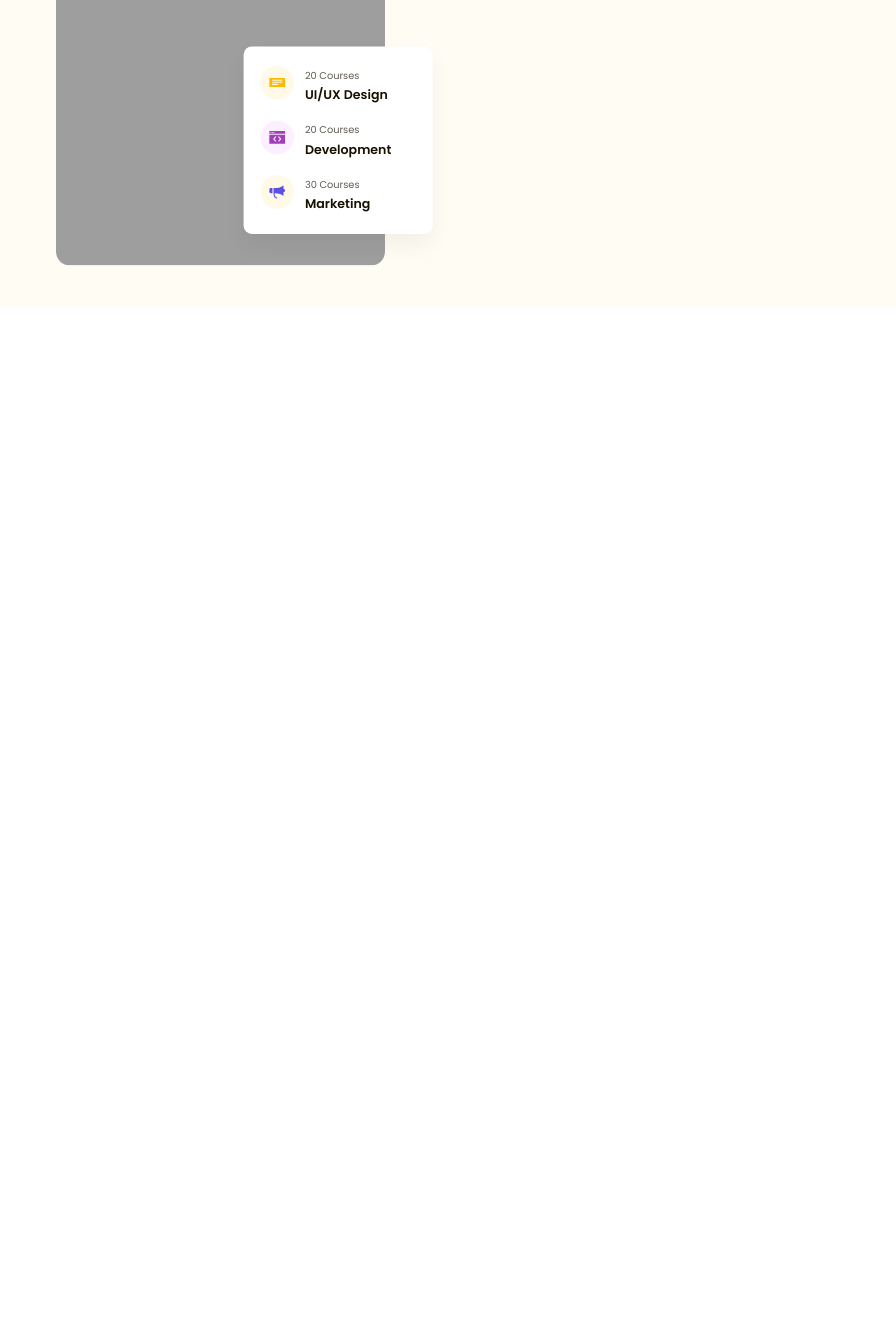
Repository: dovanlanh/f8-project-02
Page: index.html
An editor plug-in stored every save of this project. The page is shown before and after the next save, followed by the edit.
The browser window is 1280 px wide. The pictures show the part of the page from y = 456 to 2356 px (the page is 10000 px tall), at 70% of full size.
Pictures or frames that could not be fetched are drawn as grey boxes.

Above is the page before, as saved 2023-02-05 10:54:53.

### index.html
<!DOCTYPE html>
<html lang="en">
<head>
    <meta charset="UTF-8">
    <meta http-equiv="X-UA-Compatible" content="IE=edge">
    <meta name="viewport" content="width=device-width, initial-scale=1.0">
    <title>F8 Project 02</title>
    <!-- reset css -->
    <link rel="stylesheet" href="./assets/css/reset.css">
    <!-- embed fonts -->
    <link rel="preconnect" href="https://fonts.googleapis.com">
    <link rel="preconnect" href="https://fonts.gstatic.com" crossorigin>
    <link href="https://fonts.googleapis.com/css2?family=Poppins:ital,wght@0,400;0,500;0,600;0,700;1,400&family=Sen:wght@700&display=swap" rel="stylesheet">
    <!-- style -->
    <link rel="stylesheet" href="./assets/css/styles.css">
</head>
<body>
    <main style=" height: 10000px">
        <!-- header  -->
        <header class="header fixed">
            <div class="main-content">
                    <div class="body">
                        <!-- logo -->
                        <img src="./assets/img/Lesson.svg" alt="Lesson" class="Logo">
                        <!-- nav -->
                        <nav class="nav">
                            <ul>
                                <li class="active">
                                    <a href="#!">Home</a>
                                </li>
                                <li>
                                    <a href="#!">Courses</a>
                                </li>
                                <li>
                                    <a href="#!">Pricing</a>
                                </li>
                                <li>
                                    <a href="#!">Reviews</a>
                                </li>
                            </ul>
                        </nav>
                        <!-- active -->
                        <div class="action">
                            <a href="#!" class="btn sign-up-btn">Sign Up</a>
                        </div>
                    </div>
            </div>
        </header>
        <!-- Hero -->
        <div class="hero">
            <div class="main-content">
                <div class="body">
                    <!-- Hero left -->
                    <div class="media-block">
                        <img src="./assets/img/guy-lesson.svg" alt="" class="img">
                        <div class="hero-summary">
                            <div class="item">
                                <div class="icon">
                                    <img src="./assets/img/list-icon1.svg" alt="">
                                </div>
                                <div class="info">
                                    <p class="label">20 Courses</p>
                                    <p class="tittle">UI/UX Design</p>
                                </div>
                            </div>
                            <div class="item">
                                <div class="icon">
                                    <img src="./assets/img/list-icon2.svg" alt="">
                                </div>
                                <div class="info">
                                    <p class="label">20 Courses</p>
                                    <p class="tittle">Development</p>
                                </div>
                            </div>
                            <div class="item">
                                <div class="icon">
                                    <img src="./assets/img/list-icon3.svg" alt="">
                                </div>
                                <div class="info">
                                    <p class="label">30 Courses</p>
                                    <p class="tittle">Marketing</p>
                                </div>
                            </div>
                        </div>
                    </div>
                    <!-- hero-right -->
                    <div class="content-block">
                        <h1 class="heading-1v1">Learn without limits and spread knowledge.</h1>
                        <p class="desc">
                            Build new skills for that “this is my year” feeling with courses, certificates, and degrees from world-class universities and companies.
                        </p>
                            <div class="cta-group">
                                <a href="#!" class="btn hero-cta">See Courses</a>
                                <button class="watch-video">
                                    <div class="icon">
                                        <img src="./assets/img/icon-watch-video.svg" alt="">
                                    </div>
                                    <span>Watch Video</span>
                                </button>
                            </div>
                        <p class="desc">Recent engagement</p>
                        <div class="desc stats">
                            <strong>50K</strong>Students
                            <strong>70+</strong>Courses
                        </div>
                    </div>
                </div>
            </div>
        </div>

    </main>
</body>
</html>

### assets/css/styles.css
* {
    box-sizing: border-box;
}

html,
body {
    scroll-behavior: smooth;
    font-size: 62.5%;
}

html {
    font-size: 62.5%;
}

body {
    font-size: 1.6rem;
    font-family: 'Poppins', sans-serif;
}

/* common */
a {
    text-decoration: none;
}
.main-content {
    width: 1170px;
    max-width: calc(100% - 48px);
    margin-left: auto;
    margin-right: auto;
}
.btn {
    min-width: 118px;
    display: inline-block;
    padding: 0 16px;
    align-items: center;
    line-height: 50px;
    font-weight: 600;
    font-size: 1.6rem;
    text-align: center;
    color: #FFFFFF;
    background: #171100;
    border-radius: 24.5px;
}
/* header */
.header {
    background:#FFFCF4;
}
.header.fixed {
    position: sticky;
    top: -32px;
}
.header .body {
    display: flex;
    align-items: center;
    padding: 36px 0 8px;
}
.nav ul {
    display: flex;
}

.nav {
    margin-left: auto;
}
.nav a {
    position: relative;
    padding: 8px 21px;
    font-weight: 400;
    font-size: 1.6rem;
    color: #5F5B53;
}
.nav a:hover,
.nav li.active a {
    text-shadow: 1px 0 0 currentColor;
    color: #171100;
}
.nav li.active a::after {
    left: 21px;
    bottom: 6px;
    display: block;
    content: "";
    position: absolute;
    width: 12px;
    height: 2px;
    background: #171100;
    border-radius: 1px;
}
.header .sign-up-btn {
    min-width: 144px;
}
.header .action {
    margin-left: 49px;
}

/* hero */
.hero {
    padding: 56px;
    background:#FFFCF4;
}
.hero .body {
    display: flex;
}
.hero .media-block {
    width: 48%;
    position: relative;
}
.hero .content-block {
    width: 52%;
}
.hero .media-block .img {
    width: 470px;
    height: 685px;
    object-fit: cover;
    border-radius: 20px;
}
.hero .media-block .hero-summary {
    position: absolute;
    right: 0;
    bottom: 48px;
}
.hero .hero-summary {
    width: 270px;
    padding: 28px 24px;
    background: #FFFFFF;
    box-shadow: 0px 16px 32px rgba(0, 0, 0, 0.05);
    border-radius: 12px;
}
.hero-summary .item {
    display: flex;
}
.hero-summary .icon {
    width: 48px;
    height: 48px;
    border-radius: 50%;
    display: flex;
    align-items: center;
    justify-content: center;
    background: #FFF9E8;
}
.hero-summary .info {
    margin-left: 16px;
}
.hero-summary .label {
    font-weight: 400;
    font-size: 1.4rem;
    line-height: 1.86;
    color: #5F5B53;
}
.hero-summary .tittle {
    font-weight: 600;
    font-size: 1.8rem;
    line-height: 1.67;
    color: #171100;
}
.hero-summary .item + .item {
    margin-top: 22px;
}
.hero-summary .item:nth-of-type(2) .icon {
    background: #FCEFFF;
}

Loaded but not shown: assets/css/reset.css (common file)

After the next save:
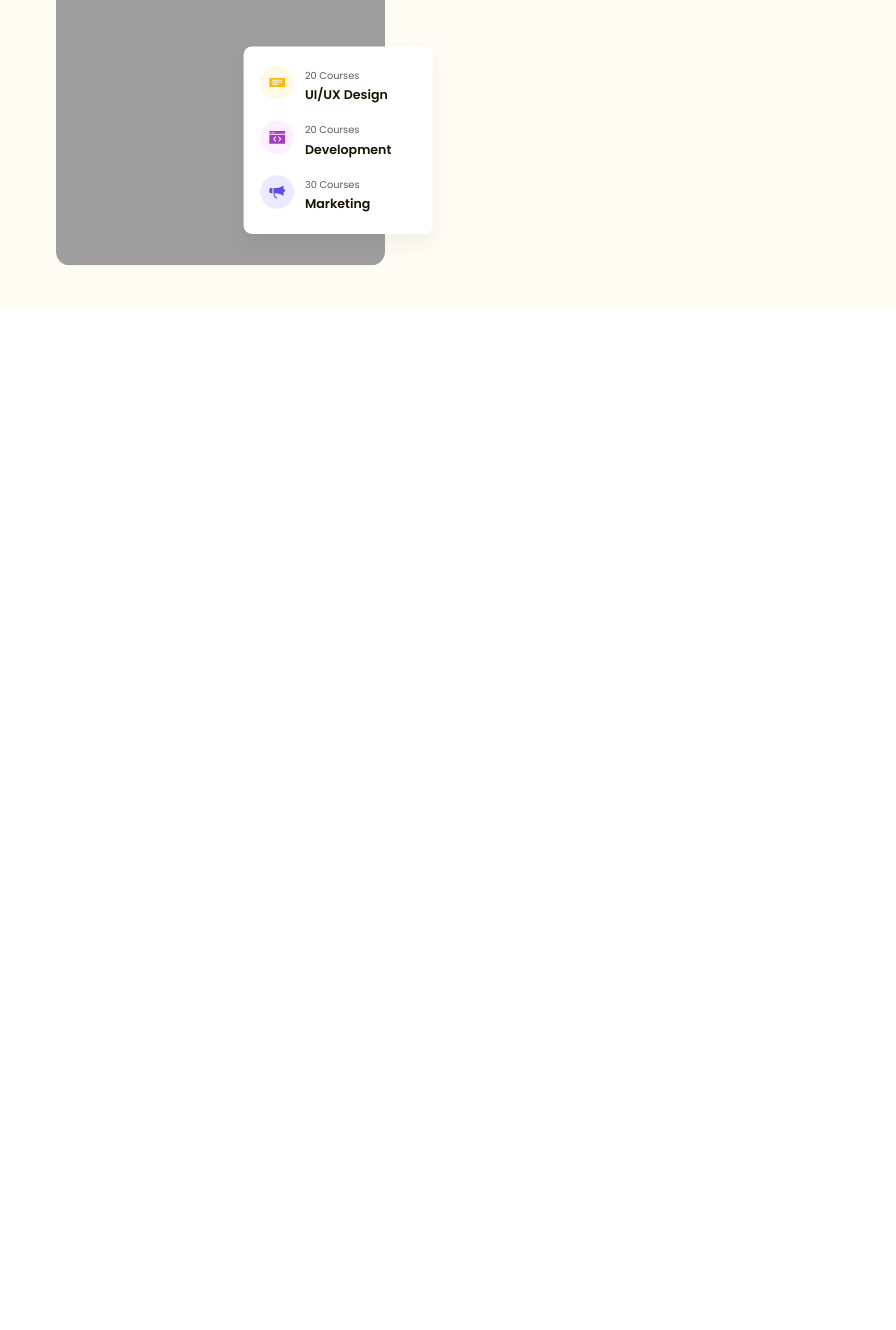
Saved 40 s later.
--- a/assets/css/styles.css
+++ b/assets/css/styles.css
@@ -156,3 +156,6 @@ a {
 .hero-summary .item:nth-of-type(2) .icon {
     background: #FCEFFF;
 }
+.hero-summary .item:nth-of-type(3) .icon {
+    background: #EBEAFF;
+}
